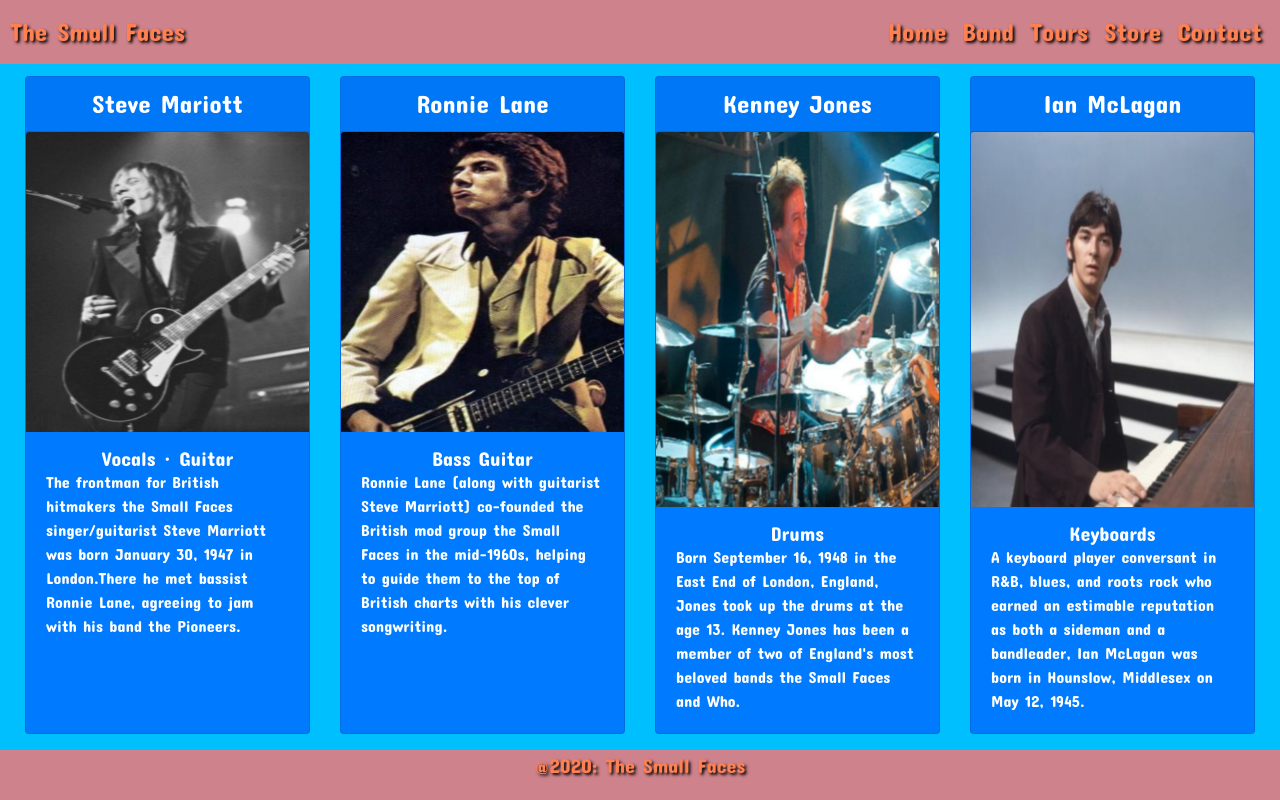
Repository: akshatnitd/User-Centric-FrontEnd-Milestone-Project
Page: band.html
The author's editor kept a record of every edit. The page is drawn from the files as they stood at one moment, then again after the next edit.
The browser window is 1280 px wide. The pictures show the whole page.
Some web libraries are served in a nearby version.

Above is the page before.

### band.html
<!DOCTYPE html>
<html lang="en">
<head>
  <meta charset="UTF-8">
  <meta name="viewport" content="width=device-width, initial-scale=1, shrink-to-fit=no">
  <meta http-equiv="X-UA-Compatible" content="ie=edge">
  <link href="https://fonts.googleapis.com/css?family=Abril+Fatface" rel="stylesheet">
	<link href="https://fonts.googleapis.com/css?family=Roboto" rel="stylesheet">
	<link href="https://fonts.googleapis.com/css?family=Concert+One&display=swap" rel="stylesheet">
	<link href="https://fonts.googleapis.com/css?family=Fjalla+One&display=swap" rel="stylesheet">
	<link rel="stylesheet" href="https://use.fontawesome.com/releases/v5.12.1/css/all.css">
	<link rel="stylesheet" href="https://stackpath.bootstrapcdn.com/bootstrap/4.4.1/css/bootstrap.min.css" integrity="sha384-Vkoo8x4CGsO3+Hhxv8T/Q5PaXtkKtu6ug5TOeNV6gBiFeWPGFN9MuhOf23Q9Ifjh" crossorigin="anonymous">
	<link href="assets/css/style.css" rel="stylesheet" type="text/css">
	<title>Band</title>
</head>
<body>
  <header>
      <nav class="navbar navbar-expand-sm navbar-dark">
  <a class="navbar-brand" href="index.html">The Small Faces</a>
  <button class="navbar-toggler ml-auto custom-toggler" type="button" data-toggle="collapse" data-target="#navbarNav" aria-controls="navbarNav" aria-expanded="false" aria-label="Toggle navigation">
    <i class="fas fa-bars"></i>
  </button>
  <div class="collapse navbar-collapse" id="navbarNav">
    <ul class="nav navbar-nav ml-auto">
      <li class="nav-item">
        <a class="nav-link" href="index.html">Home</a>
      </li>
      <li class="nav-item">
        <a class="nav-link" href="band.html">Band</a>
      </li>
      <li class="nav-item">
        <a class="nav-link" href="tour.html">Tours</a>
      </li>
      <li class="nav-item">
        <a class="nav-link" href="store.html">Store</a>
      </li>
      <li class="nav-item">
        <a class="nav-link" href="contact.html">Contact</a>
      </li>
    </ul>
    </header>
    <section>
        <div class="card-deck">
          <div class="card text-white bg-primary mb-3">
            <h1 class="card-header">Steve Mariott</h1>
            <img class="card-img-top" src="images/steve-marriott.jpg" alt="Card image cap" height="300">
            <div class="card-body">
              <h5 class="card-subtitle">Vocals &#183; Guitar</h5>
              <p class="card-text">The frontman for British hitmakers the Small Faces
				                 singer/guitarist Steve Marriott was born January 30,
				                 1947 in London.There he met bassist Ronnie Lane,
				                 agreeing to jam with his band the Pioneers.</p>
            </div>
          </div>
          <div class="card text-white bg-primary mb-3">
            <h1 class="card-header">Ronnie Lane</h1>
            <img class="card-img-top" src="images/ronnie-lane_1.jpg" alt="Card image cap" height="300">
            <div class="card-body">
              <h5 class="card-subtitle">Bass Guitar</h5>
              <p class="card-text">Ronnie Lane (along with guitarist Steve Marriott)
								 co-founded the British mod group the Small Faces in
								 the mid-1960s, helping to guide them to the top of
								 British charts with his clever songwriting.</p>
            </div>
          </div>
          <div class="card text-white bg-primary mb-3">
    <h1 class="card-header">Kenney Jones</h1>
    <img class="card-img-top" src="images/kenney-jones.jpg" alt="Card image cap">
    <div class="card-body">
      <h5 class="card-subtitle">Drums</h5>
      <p class="card-text">Born September 16, 1948 in the East End of London,
								 England, Jones took up the drums at the age 13.
								 Kenney Jones has been a member of two of
								 England's most beloved bands the Small Faces and Who.</p>
    </div>
  </div>
  <div class="card text-white bg-primary mb-3">
   <h1 class="card-header">Ian McLagan</h1>
    <img class="card-img-top" src="images/Ian-McLagan.jpg" alt="Card image cap">
    <div class="card-body">
      <h5 class="card-subtitle">Keyboards</h5>
      <p class="card-text">A keyboard player conversant in R&B, blues,
				                 and roots rock who earned an estimable reputation
				                 as both a sideman and a bandleader, Ian McLagan
				                 was born in Hounslow, Middlesex on May 12, 1945.</p>
       </div>
      </div>
    </div>
    </section>
    <!-- Footer -->
  <footer class="footer">@2020: The Small Faces</footer>
  <!-- Footer -->
    <script src="https://code.jquery.com/jquery-3.3.1.slim.min.js" integrity="sha384-q8i/X+965DzO0rT7abK41JStQIAqVgRVzpbzo5smXKp4YfRvH+8abtTE1Pi6jizo" crossorigin="anonymous"></script>
    <script src="https://cdnjs.cloudflare.com/ajax/libs/popper.js/1.14.3/umd/popper.min.js" integrity="sha384-ZMP7rVo3mIykV+2+9J3UJ46jBk0WLaUAdn689aCwoqbBJiSnjAK/l8WvCWPIPm49" crossorigin="anonymous"></script>
    <script src="https://stackpath.bootstrapcdn.com/bootstrap/4.1.3/js/bootstrap.min.js" integrity="sha384-ChfqqxuZUCnJSK3+MXmPNIyE6ZbWh2IMqE241rYiqJxyMiZ6OW/JmZQ5stwEULTy" crossorigin="anonymous"></script>
</body>
</html>

### assets/css/style.css

/*............................................Heading*/
.navbar{
	padding: 10px 10px 10px 10px;
	height: 4rem;
	background-color: #ce828b;
	text-shadow:2px 2px 3px black;
}

.custom-toggler.navbar-toggler {
  border-color:  rgb(255,129,82);
  border-width: 2px;
  box-shadow:2px 2px 3px black;
  }

.navbar-dark .navbar-brand {
  font-family: 'Concert One', cursive;
	font-size: 25px;
	vertical-align: middle;
	color: rgb(255,129,82);
	text-shadow:2px 2px 3px black;
}

.navbar-dark .navbar-nav .nav-link {
  color: rgb(255,129,82);
  font-family: 'Concert One', cursive;
  font-size: 25px;
  z-index: 100;
}


.fa-bars{
	color: rgb(255,129,82);
	text-shadow:2px 2px 3px black;
}



/*............................................Home Page*/
.img-fluid{
  width: 100%;
  height: 93vh;
}

.img-responsive{
  display: block;
  width: 100%;
  height: 93vh;
}

.img-title{
	position: absolute;
	top: 60%;
	left: 50%;
	transform: translate(-50%, -50%);
	-moz-transform: translate(-50%, -50%);
	-webkit-transform: translate(-50%, -50%);
	-ms-transform: translate(-50%, -50%);
}

/*............................................Band Page*/

body {
	background-color: #00bfff;
}

h1 {
	text-align: center;
	font-family: 'Concert One', cursive;
	font-size: 25px;
}

h5 {
	text-align: center;
	font-family: 'Concert One', cursive;
}

.card-deck{
  margin-top: 12px;

	margin-left: 10px;
	margin-right: 10px;
}

.card-title{
	text-align: center;
}

.card-text {
	font-family: 'Concert One', cursive;
}

.card-text>p{
	text-align: justify;
}

/*............................................Tours*/

.table{
	margin-top: 20px;
	margin-bottom: 20px;
}

.table-header{
	text-align: center;
}

td, th {
	font-family: 'Concert One', cursive;
	font-size: 20px;
	color: white;
	letter-spacing: 2px;
}

/*............................................Store*/

/* Grid container */
#p-grid {
  margin-left: 5px;
  margin-right: 5px;
  display: grid;
  margin-top: 5px;
  margin-bottom: 6px;

/* Width of columns */
grid-template-columns: 25% 25% 25% 25%;
}

/* Product items */
div.p-grid-in {
  box-sizing: border-box;
  margin: 5px;
  padding: 10px;
  border: 1px solid #e8f0ff;
  border-radius: 5px;
  box-shadow:2px 2px 3px black;
  background: #0077f7;
  }

img.p-img {
  width: 100%;
  height: auto;
  border-radius: 5px;
  }

div.p-name {
  font-size: 18px;
  text-align: center;
  font-family: 'Concert One', cursive;
  margin-top: 2px;
  color: white;
  border-radius: 5px;
  text-shadow:2px 2px 3px black;
 }

div.p-price {
  color: white;
  text-align: center;
  font-size: 20px;
  text-align: center;
  font-family: 'Roboto', sans-serif;
  font-weight: 900;
  text-shadow:2px 2px 3px black;
  }

div.p-desc {
  color: #888;
  font-size: 0.9em;
  }
      button.p-add {
      	background: #f46b41;
        color: #fff;
        border: none;
        width: 100%;
        padding: 10px;
        font-size: 1.1em;
        cursor: pointer;
        border-radius: 5px;
      }

h6 {
	font-family: 'Roboto', sans-serif;
	color: white;
	font-size: 15px;
	margin-top: 5px;
	margin-bottom: 5px;
	text-align: center;
	text-shadow:2px 2px 3px black;

}

audio {
  width: 95%;
  box-shadow:2px 2px 3px black;
  border-radius: 100px;
  border-width: 25px;
  transform: scale(1.05);
  background-color: black;
  z-index: 100;
  margin-left: 7px;
 }



      /* Responsive */
      @media only screen and (max-width: 1024px) {
        #p-grid { grid-template-columns: 33% 33% 33%; }
      }
      @media only screen and (max-width: 600px) {
        #p-grid { grid-template-columns: 100%; }
      }


/*............................................Contact*/
:root {
  --white: #afafaf;
  --red: #e31b23;
  --borderFormEls: hsl(0, 0%, 10%);
  --bgFormEls: hsl(0, 0%, 14%);
  --bgFormElsFocus: hsla(272, 90%, 54%, 0.6);
}

* {
  padding: 0;
  margin: 0;
  box-sizing: border-box;
  outline: none;

}

a {
  color: inherit;
}

input,
select,
textarea,
button {
  font-family: inherit;
  font-size: 20px;
  font-family: 'Concert One', cursive;
}

button,
label {
  cursor: pointer;
}

select {
  appearance: none;
}

select::-ms-expand {
  display: none;
}

select:-moz-focusring {
  color: transparent !important;
  text-shadow: 0 0 0 var(--white);
}

textarea {
  resize: none;
}

ul {
  list-style: none;
}

.my-form select,
.my-form input,
.my-form textarea,
.my-form button {
  margin-top: 15px;
  width: 100%;
  line-height: 1.5;
  padding: 15px 10px;
  border: 1px solid var(--borderFormEls);
  border-color: #1A237E;
  border-radius: 5px;
  color: white;
  background: var(--bgFormEls);
  background-color: #2196f3;
  transition: background-color 0.3s cubic-bezier(0.57, 0.21, 0.69, 1.25),
  transform 0.3s cubic-bezier(0.57, 0.21, 0.69, 1.25);
  text-align: center;
  height: 20px;
}

.my-form textarea {
  height: 258px;
  text-align: center;
}

.my-form ::placeholder {
  color: inherit;
  opacity: 1;
}

.my-form select:focus,
.my-form input:focus,
.my-form textarea:focus,
.my-form button:focus {
  background: var(--bgFormElsFocus);
}

.my-form select:focus,
.my-form input:focus,
.my-form textarea:focus {
  transform: scale(1.02);
}

.my-form *:required,
.my-form select {
  background-repeat: no-repeat;
  background-position: center right 12px;
  background-size: 15px 15px;
}

.my-form .btn-grid {
  position: relative;
  overflow: hidden;
  transition: filter 0.2s;
}

.my-form button:enabled:hover,
.my-form button:focus {
  background: var(--bgFormElsFocus);
  background-color: red;
}

.my-form button > * {
  height: 20px;
  display: inline-block;
  width: 100%;
  transition: transform 0.4s ease-in-out;
  text-align: center;
}

.my-form button .back {
  position: absolute;
  left: 50%;
  top: 50%;
  transform: translate(-110%, -50%);
}

.my-form button:enabled:hover .back,
.my-form button:focus .back {
  transform: translate(-50%, -50%);

}

.my-form button:enabled:hover .front,
.my-form button:focus .front {
  transform: translateX(110%);

}

/*............................................Footer*/
.footer {
  height: 50px;
  text-align: center;
  font-size: 20px;
  font-family: 'Concert One', cursive;
  color: #ff8152;
  background-color: #ce828b;
  text-shadow:2px 2px 3px black;
  vertical-align: middle;
}


/*.............................................Media Queries*/

@media (min-width: 601px) {
.mobile {
	display: none;
	}

.img-fluid {
	display: block;
	max-width: 100vw;
	}

.mobile-tour{
	display: none;
	}
}

@media (max-width: 600px){
h3 {
	text-align: center;
	font-family: 'Concert One', cursive;
	font-size: 25px;
	font-weight: bold;
	color:white;
	letter-spacing: 2px;
}

p {
	text-align: center;
	font-family: 'Concert One', cursive;
	font-size: 22px;
	color:white;
	letter-spacing: 2px;
}

.mobile {
	display: block;
}

.mobile-tour{
	display: block;
}

.table-responsive {
	display: none;
}

.column {
	width: 100%;
	display: block;
	margin-bottom: 20px;
	text-align: center;
	background-color: #007bff;
}

.img-fluid {
	display: none;
}
.img-title {
	display: none;
}

.img-mobile {
	width: 100%;
	height: 90vh;
}

.navbar-brand{
	font-family: 'Concert One', cursive;
	font-size: 50px;
}

.navbar-dark .navbar-nav .nav-link {
	position: relative;
	font-size: 24px;
	z-index: 100;
	line-height: 20px;
}

.footer {
  color: black;
  width:100%;
  padding:0;
  clear:both;
  bottom:0;
  position: absolute;
}
}

After the next edit:
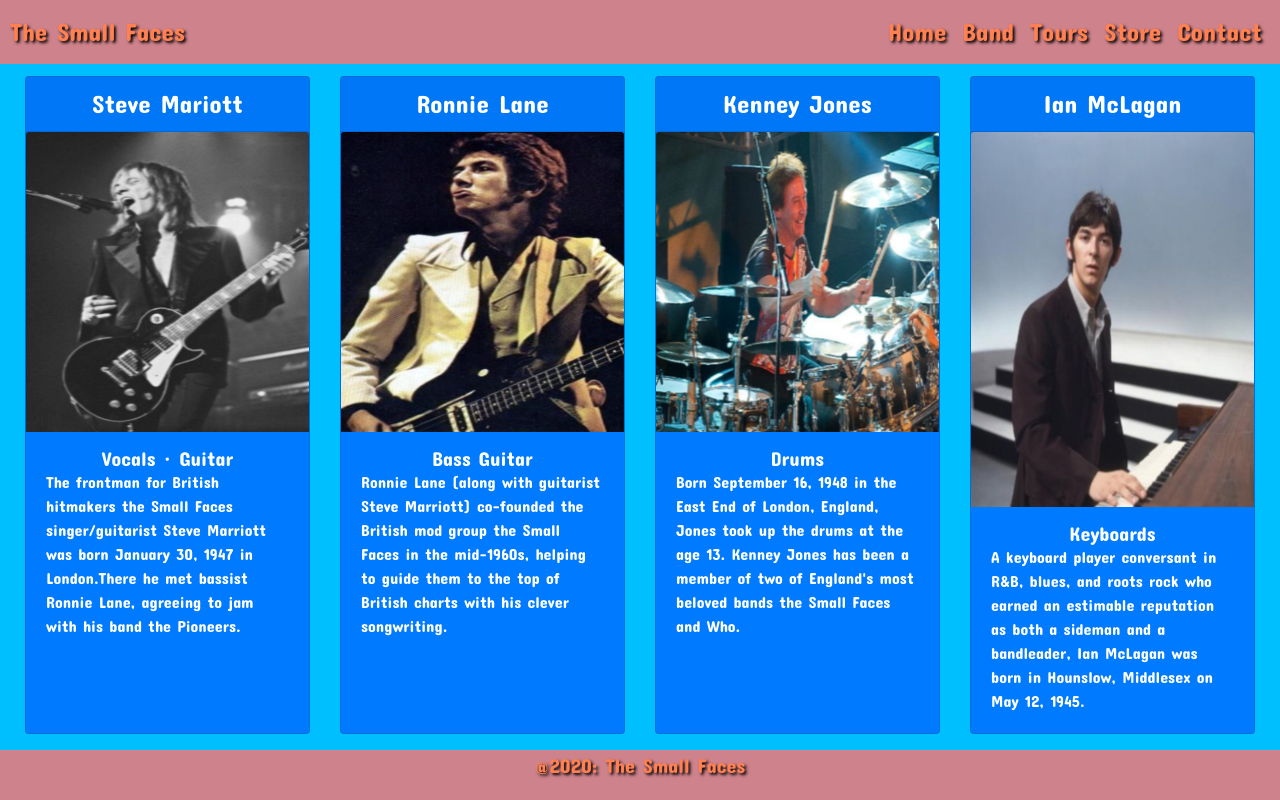
The edit:
--- a/band.html
+++ b/band.html
@@ -65,7 +65,7 @@
           </div>
           <div class="card text-white bg-primary mb-3">
     <h1 class="card-header">Kenney Jones</h1>
-    <img class="card-img-top" src="images/kenney-jones.jpg" alt="Card image cap">
+    <img class="card-img-top" src="images/kenney-jones.jpg" alt="Card image cap" height="300">
     <div class="card-body">
       <h5 class="card-subtitle">Drums</h5>
       <p class="card-text">Born September 16, 1948 in the East End of London,
